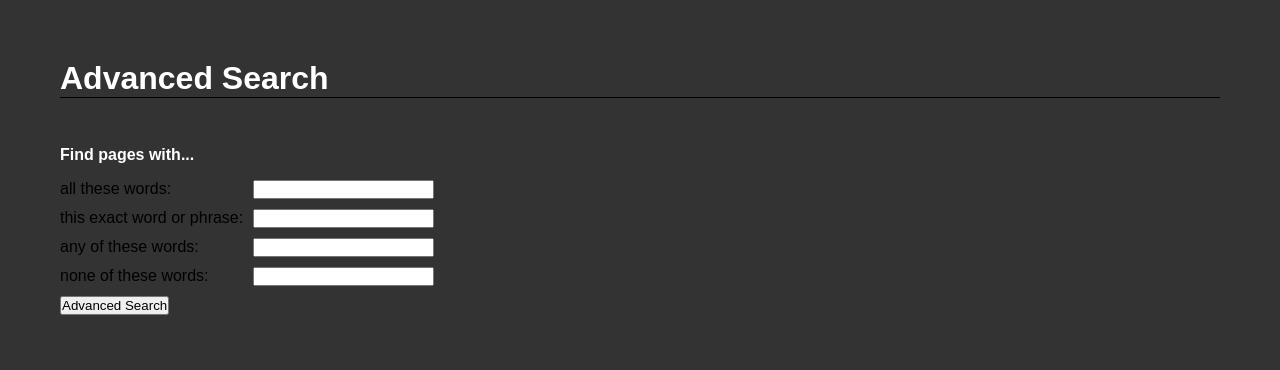
Repository: etentuk/search
Page: advanced_search.html
An editor plug-in stored every save of this project. The page is shown before and after a run of saves, followed by the edit.
The browser window is 1280 px wide. The pictures show the whole page.

Above is the page before, as saved 2021-11-04 23:13:03.

### advanced_search.html
<!DOCTYPE html>
<html lang="en">

<head>
    <title>Advanced Search</title>
    <link rel="stylesheet" href="styles.css">
</head>

<body>

    <div id="container">
        <div id="title">
            <h1>Advanced Search</h1>
        </div>
        <h4>Find pages with...</h4>
        <form action="https://google.com/search" class="form-example">
            <div style="display: table-row;">
                <div class="form-example">
                    <label for="as_q">all these words: </label>
                    <input type="text" id="as_q" name="as_q">
                </div>
                <div class="form-example">
                    <label for="as_epq">this exact word or phrase: </label>
                    <input type="text" id="as_epq" name="as_epq">
                </div>
                <div class="form-example">
                    <label for="as_oq">any of these words: </label>
                    <input type="text" id="as_oq" name="as_oq">
                </div>
                <div class="form-example">
                    <label for="as_eq">none of these words: </label>
                    <input type="text" id="as_eq" name="as_eq">
                </div>
            </div>
            <input type="submit" value="Advanced Search">
        </form>
    </div>
</body>

</html>

### styles.css
* {
  margin: 0;
  padding: 0;
  box-sizing: border-box;
}

form.form-example {
  display: table;
}

div.form-example {
  display: table-row;
}

label,
input {
  display: table-cell;
  margin-bottom: 10px;
}

label {
  padding-right: 10px;
}

#title {
  border-bottom: 1px solid black;
  padding: 0;
  color: #fff;
  /* border-width: 10px; */
}

#container {
  font-family: Arial, Helvetica, sans-serif;
  background-color: rgba(0, 0, 0, 0.8);
  min-height: 100vh;
  padding: 60px;
}

#container h4 {
  padding: 3rem 0 1rem 0;
  color: #fff;
}

After the next 2 saves:
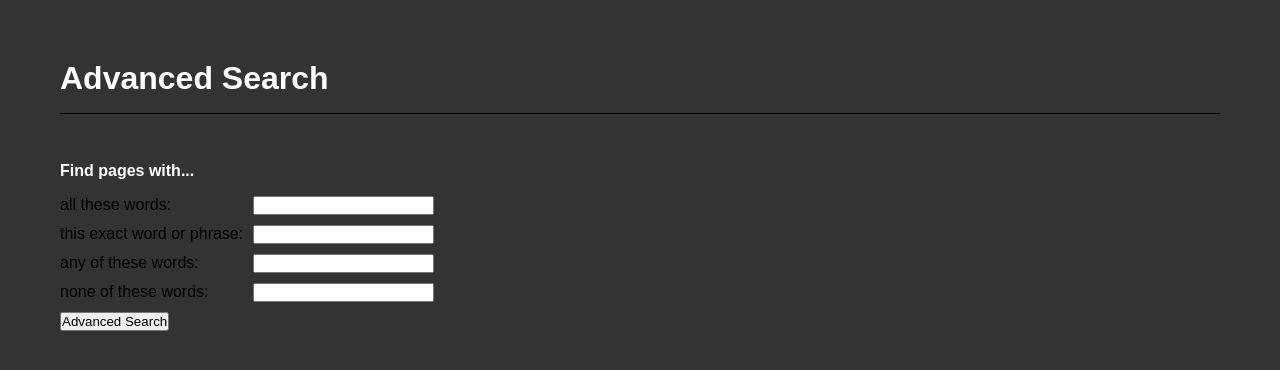
The 2 saves are shown as one change because they came seconds apart.
The last was saved 7 s later.
--- a/styles.css
+++ b/styles.css
@@ -24,7 +24,7 @@ label {
 
 #title {
   border-bottom: 1px solid black;
-  padding: 0;
+  padding-bottom: 1rem;
   color: #fff;
   /* border-width: 10px; */
 }
